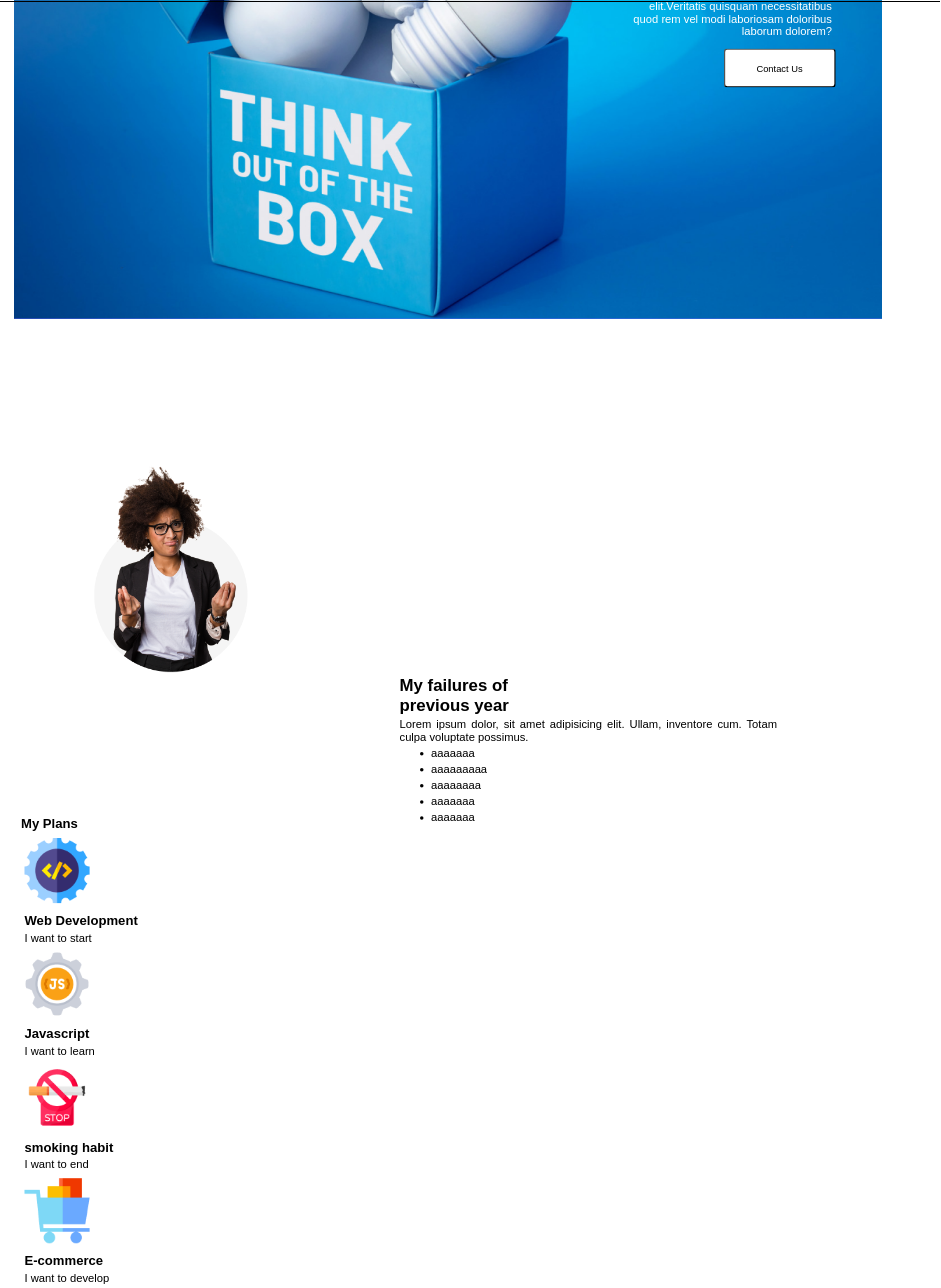
Repository: sadiaafsana138/All-Thinks-Are-Possible-Website
Page: index.html
The author's editor kept a copy of each file at every save. The page is drawn from the files as they stood at one save, then again after the next save.
The browser window is 1280 px wide. The page is 1344 px wide, so the pictures cover 1344 px, including what lies to the right of the window. The pictures show the part of the page from y = 363 to 2203 px (the page is 3446 px tall), at 70% of full size.

Above is the page before, as saved 2023-01-08 10:42:49.

After the next save:
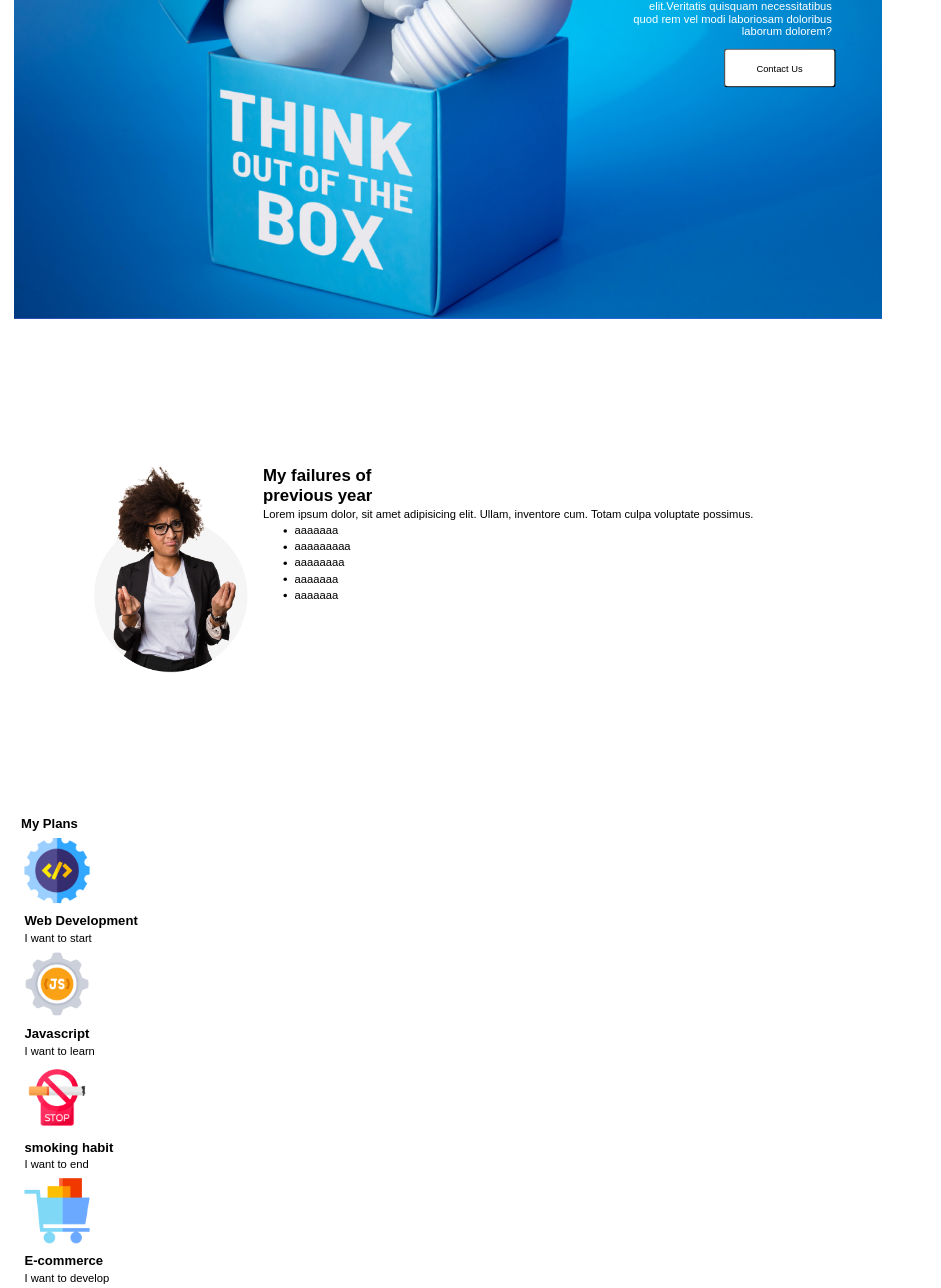
Saved 49 s later.
--- a/styles/web.css
+++ b/styles/web.css
@@ -52,7 +52,7 @@ font-family: Arial, Helvetica, sans-serif;
 }
 #sec2text{
         text-align: justify;
-        margin-left: 20%;
-        margin-top: 50%;
+        align-items: center;
+        margin-top: 20%;
         margin-bottom: 20%;
 }
